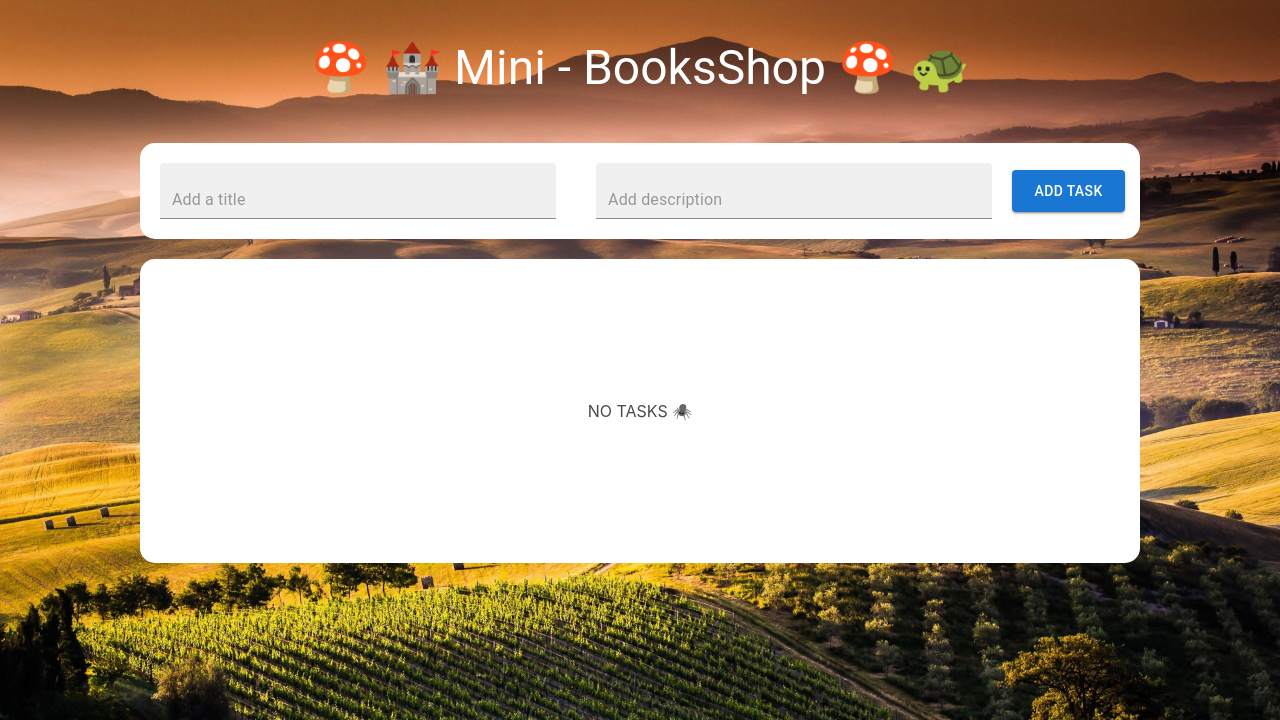
Repository: Tracy-maker/mini-bookshop
Page: /
These files come from the project's save history. The page is drawn as it stood at one moment and after the next save; the edit follows.
The browser window is 1280 px wide. The pictures show the whole page.
The project was rebuilt for these pictures with package versions that can differ from the ones it lists, and the page was loaded fresh each time. Also part of the build but not shown: src/components/TaskEdit.js, src/components/TaskShow.js.

Above is the page before, as saved 2023-09-21 13:32:58.

### src/index.js
import "./index.css";
import React from "react";
import ReactDOM from "react-dom/client";
import App from "./App";


const el = document.getElementById("root");
const root = ReactDOM.createRoot(el);

root.render(
  <React.StrictMode>
    <App />
  </React.StrictMode>
);

### src/App.js
import { useState, useEffect } from "react";
import CreateTask from "./components/CreateTask";
import TaskList from "./components/TaskList";
import { Box, Stack } from "@mui/material";
import styled from "styled-components";
import Typography from "@mui/material/Typography";
import Image1 from "./image/7.jpg";

const StyledContainer = styled(Stack)`
  height: 100vh;
  width: 100%;
  display: flex;
  align-items: stretch;
  padding-top: 30px;
  background-image: url(${Image1});
  background-size: cover;
  background-repeat: no-repeat;
  gap: 20px;
`;

const TaskForm = styled(Box)`
  margin-left: auto;
  margin-right: auto;
  width: 1000px;
  background-color: white;
  border-radius: 15px;

  @media (max-width: 768px) {
    width: 100%;
  }
`;
const Title = styled(Typography)`
  color: white;
  margin: auto;
  width: 100%;
  padding: 10px;
  text-align: center;
`;

function App() {
  const [tasks, setTasks] = useState(() => {
    const localValue = localStorage.getItem("tasks");
    if (localValue == null) return [];
    return JSON.parse(localValue);
  });

  useEffect(() => {
    localStorage.setItem("tasks", JSON.stringify(tasks));
  }, [tasks]);

  const createTask = (title, description) => {
    const newTask = {
      id: crypto.randomUUID(),
      title: title,
      description: description,
      status: "inProgress",
    };

    const existingTasks = JSON.parse(localStorage.getItem("tasks")) || [];
    existingTasks.push(newTask);
    localStorage.setItem("tasks", JSON.stringify(existingTasks));
    setTasks(existingTasks);
  };

  const deleteTasksById = (id) => {
    const existingTasks = JSON.parse(localStorage.getItem("tasks")) || [];
    const updatedTasks = existingTasks.filter((task) => {
      return task.id !== id;
    });
    localStorage.setItem("tasks", JSON.stringify(updatedTasks));
    setTasks(updatedTasks);
  };

  const editTaskById = (id, newTitle, newDescription) => {
    const existingTasks = JSON.parse(localStorage.getItem("tasks")) || [];
    const taskToEdit = existingTasks.findIndex((task) => task.id === id);

    if (taskToEdit) {
      const updatedTask = {
        ...taskToEdit,
        title: newTitle,
        description: newDescription,
      };

      const updatedTasks = existingTasks.map((task) =>
        task.id === id ? updatedTask : task
      );
      localStorage.setItem("tasks", JSON.stringify(updatedTasks));
      setTasks(updatedTasks);
    }
  };

  return (
    <StyledContainer>
      <Title variant="h3" gutterBottom>
        🍄 🏰 Mini - BooksShop 🍄 🐢
      </Title>
      <TaskForm>
        <CreateTask onCreate={createTask} />
      </TaskForm>
      <TaskForm>
        <TaskList
          tasks={tasks}
          onDelete={deleteTasksById}
          onEdit={editTaskById}
        />
      </TaskForm>
    </StyledContainer>
  );
}
export default App;

### src/components/CreateTask.js
import * as React from "react";
import Stack from "@mui/material/Stack";
import TextField from "@mui/material/TextField";
import Button from "@mui/material/Button";
import { useState } from "react";
import { styled } from "@mui/material";

const Input = styled(TextField)`
  padding:2%;
  width: 80%;
`;

const AddButton = styled(Button)`
  margin: auto;
  width: 20%;
  padding: 9px;
  text-align: center;
  margin-right: 15px;
`;

function CreateTask(props) {
  const [title, setTitle] = useState("");
  const [description, setDescription] = useState("");

  const handleChange = (event) => {
    const { name, value } = event.target;
    if (name === "title") {
      setTitle(value);
    } else if (name === "description") {
      setDescription(value);
    }
  };

  const handleSubmit = (event) => {
    event.preventDefault();
    if (title.trim() !== "" || description.trim() !== "") {
      props.onCreate( title, description );
      setTitle("");
      setDescription("");
    }
  };

  return (
    <Stack onSubmit={handleSubmit} component="form" direction="row">
      <Input
      id="outlined-basic"
        name="title"
        value={title}
        onChange={handleChange}
        placeholder="Add a title"
        variant="filled"
      />
      <Input
        name="description"
        value={description}
        onChange={handleChange}
        placeholder="Add description"
        variant="filled"
      />
      <AddButton type="submit" variant="contained">
        Add Task
      </AddButton>
    </Stack>
  );
}

export default CreateTask;

### src/components/TaskList.js
import React from "react";
import TaskShow from "./TaskShow";
import { Box } from "@mui/material";
import styled from "styled-components";

const Reminder = styled(Box)`
  text-align: center;
  padding: ${(props) => (props.noTasks ? "14%" : "0")};
`;

function TaskList(props) {
  const renderedTasksList = props.tasks.map((task) => {
    return (
      <TaskShow
        key={task.id}
        task={task}
        onDelete={props.onDelete}
        onEdit={props.onEdit}
        toggleCheckedBoxById={props.toggleCheckedBoxById}
      />
    );
  });

  return (
    <>
      <Reminder noTasks={props.tasks.length === 0}>
        {props.tasks.length === 0 && "NO TASKS 🕷️"}
      </Reminder>
      {renderedTasksList}
    </>
  );
}

export default TaskList;

Loaded but not shown: public/index.html (common file); src/index.css (library)

After the next save:
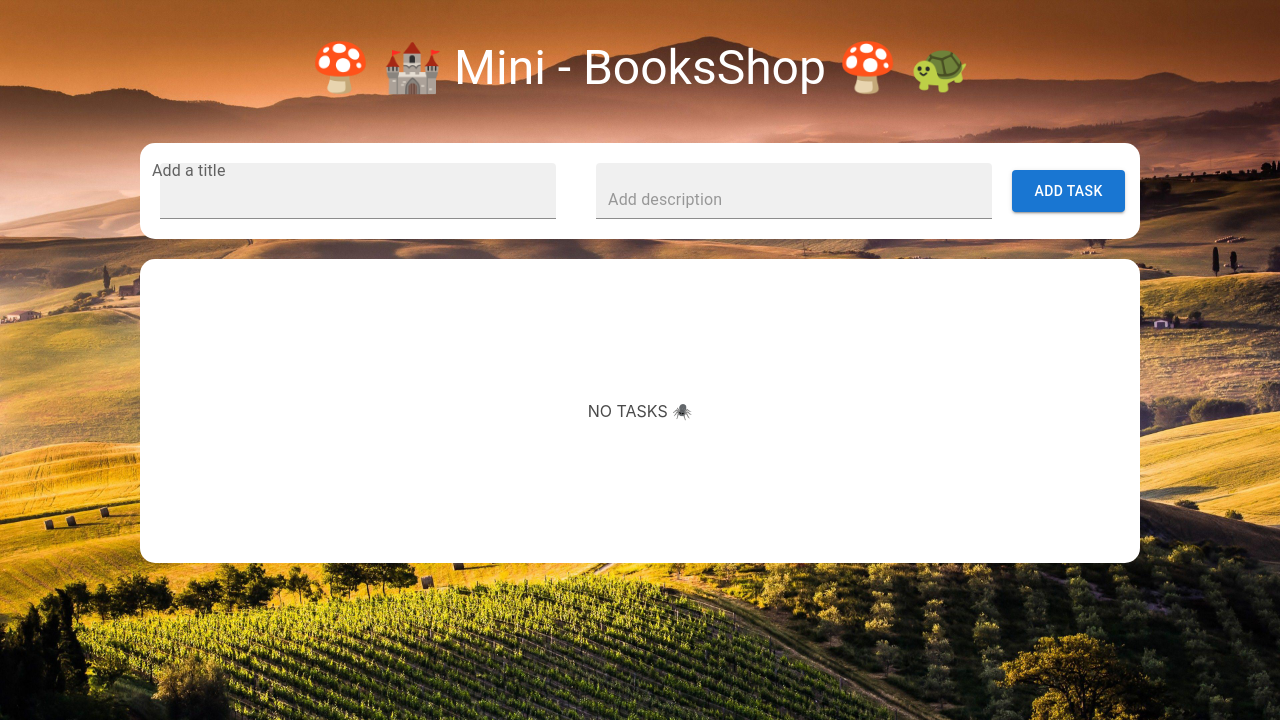
Saved 23 s later.
--- a/src/components/CreateTask.js
+++ b/src/components/CreateTask.js
@@ -47,7 +47,7 @@ function CreateTask(props) {
         name="title"
         value={title}
         onChange={handleChange}
-        placeholder="Add a title"
+        label="Add a title"
         variant="filled"
       />
       <Input
